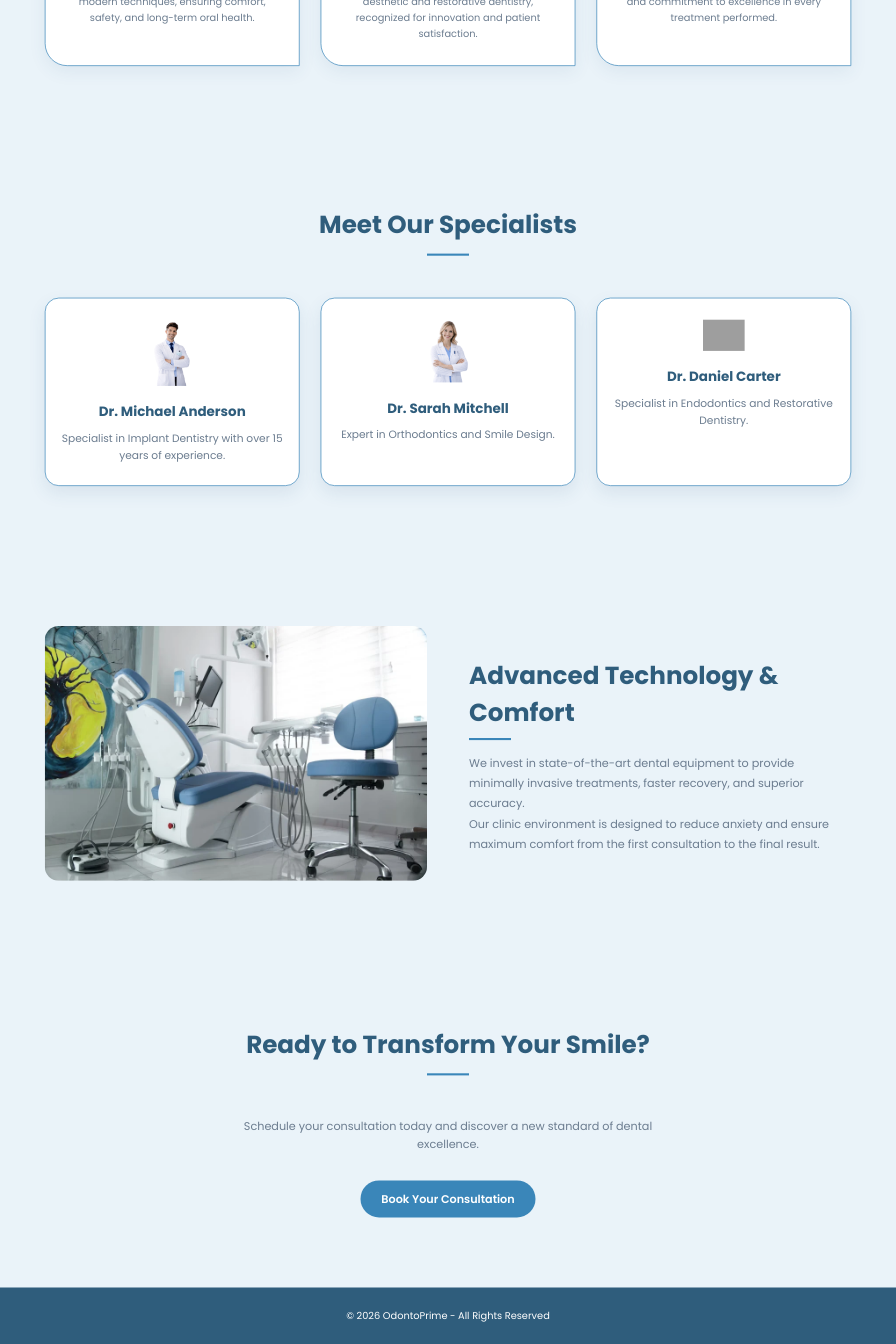
Repository: davidfsillva/OdontoPrime
Page: about.html
These files come from the project's save history. The page is drawn as it stood at one moment and after a run of saves; the edit follows.
The browser window is 1280 px wide. The pictures show the part of the page from y = 1386 to 3306 px (the page is 3306 px tall before and 3291 px after), at 70% of full size.
Pictures or frames that could not be fetched are drawn as grey boxes. A picture or video elsewhere on the page could not be fetched, so the positions and the page height are approximate.

Above is the page before, as saved 2026-02-16 22:54:54.

After the next 2 saves:
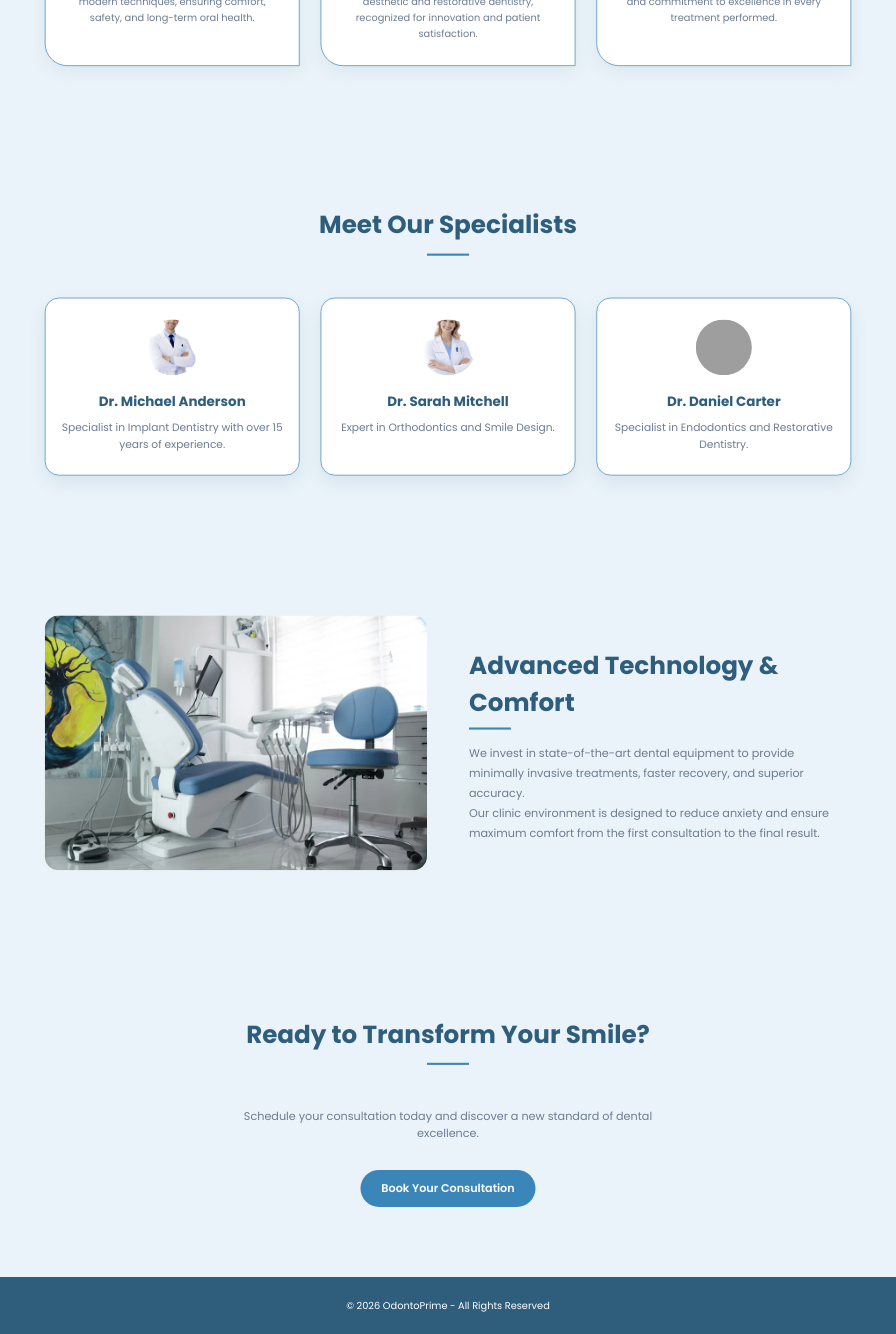
The 2 saves are shown as one change because they came seconds apart.
The last was saved 95 s later.
--- a/style.css
+++ b/style.css
@@ -464,6 +464,16 @@ nav a.active{
     color: var(--text-medium);
 }
 
+/* CARDS ABOUT - imagens maiores */
+.departments.about-cards .card img {
+    width: 80px;        /* aumenta a largura da imagem */
+    height: 80px;       /* altura proporcional */
+    object-fit: cover;  /* garante que a imagem preencha sem distorcer */
+    margin-bottom: 15px;
+    border-radius: 50%; /* opcional: deixa a imagem redonda */
+}
+
+
 
 
 
